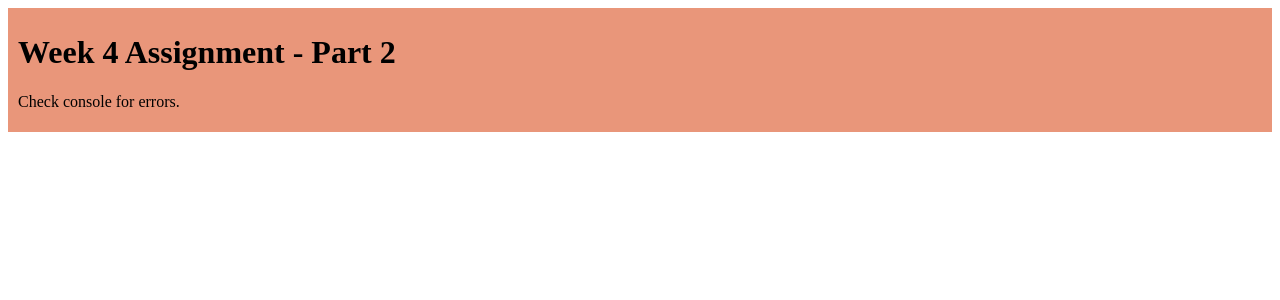
Repository: Ellusionism/prime-pw-week-4-assignment-part-2
Page: assignment/index.html
The author's editor kept a copy of each file at every save. The page is drawn from the files as they stood at one save, then again after a run of saves.
The browser window is 1280 px wide. The pictures show the whole page.

Above is the page before, as saved 2022-11-16 17:45:47.

After the next 2 saves:
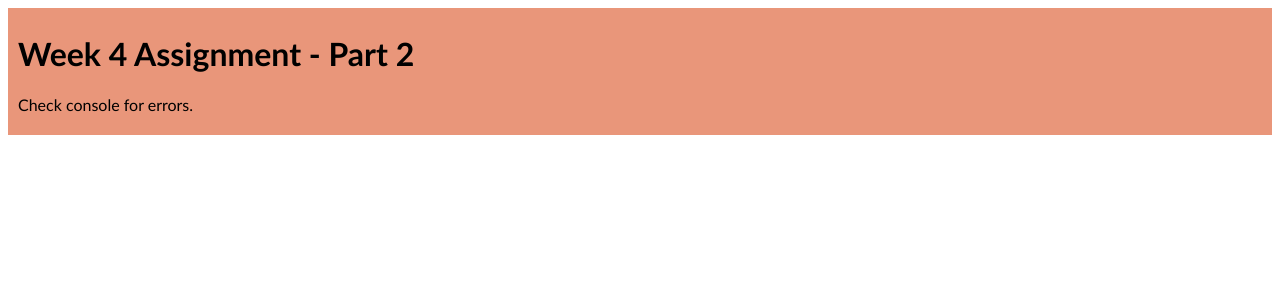
The 2 saves are shown as one change because they came seconds apart.
The last was saved 11 s later.
--- a/assignment/stylesheet.css
+++ b/assignment/stylesheet.css
@@ -1,5 +1,6 @@
 body {
- font-family:'Trebuchet MS', 'Lucida Sans Unicode', 'Lucida Grande', 'Lucida Sans', Arial, sans-serif
+ font-family:'Trebuchet MS', 'Lucida Sans Unicode', 'Lucida Grande', 'Lucida Sans', Arial, sans-serif;
+ font
  background-color:antiquewhite;
 }
 
